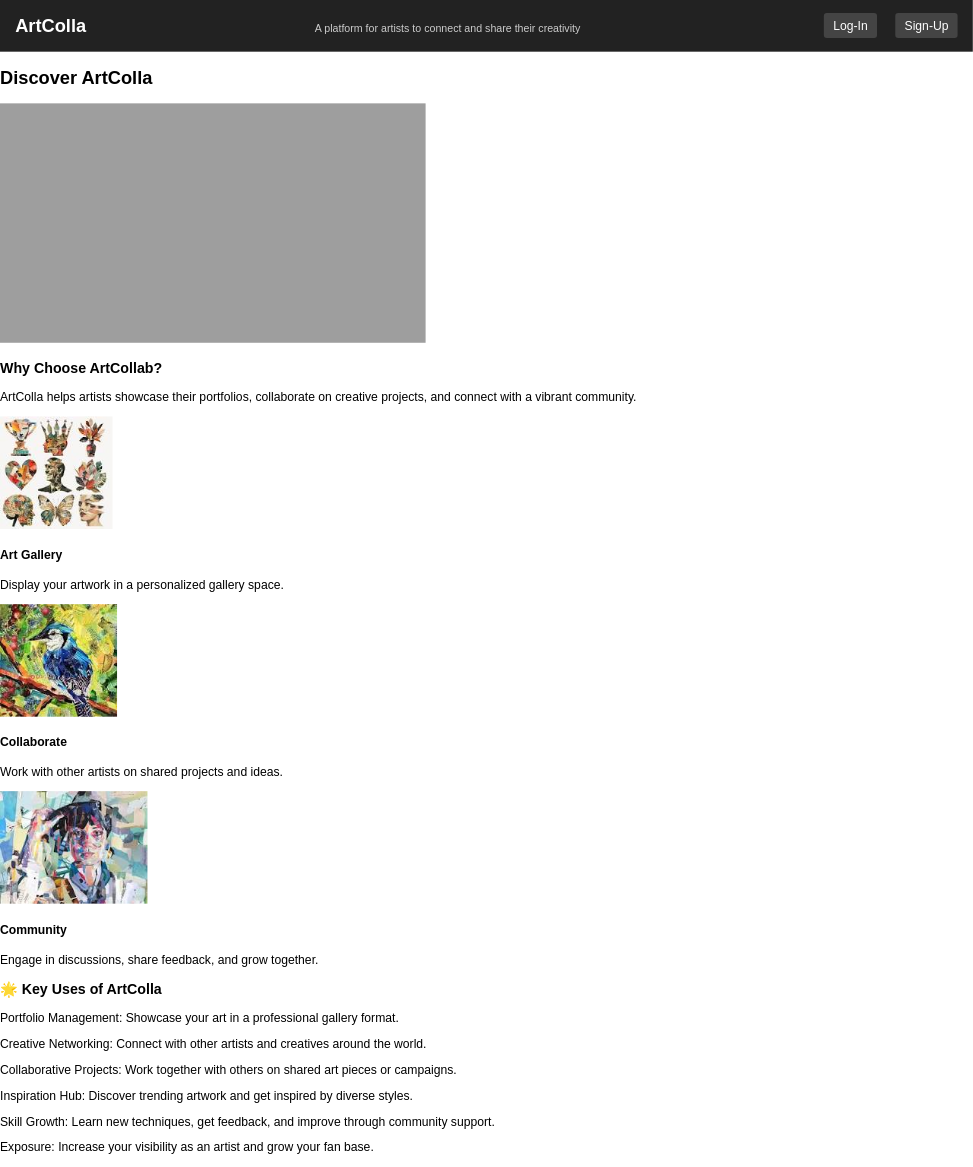
Repository: jeevanReddyP/ArtCollab_App
Page: index.html
An editor plug-in stored every save of this project. The page is shown before and after a run of saves, followed by the edit.
The browser window is 1280 px wide. The pictures show the whole page, at 76% of full size.
Pictures or frames that could not be fetched are drawn as grey boxes.

Above is the page before, as saved 2025-06-11 16:39:43.

After the next 2 saves:
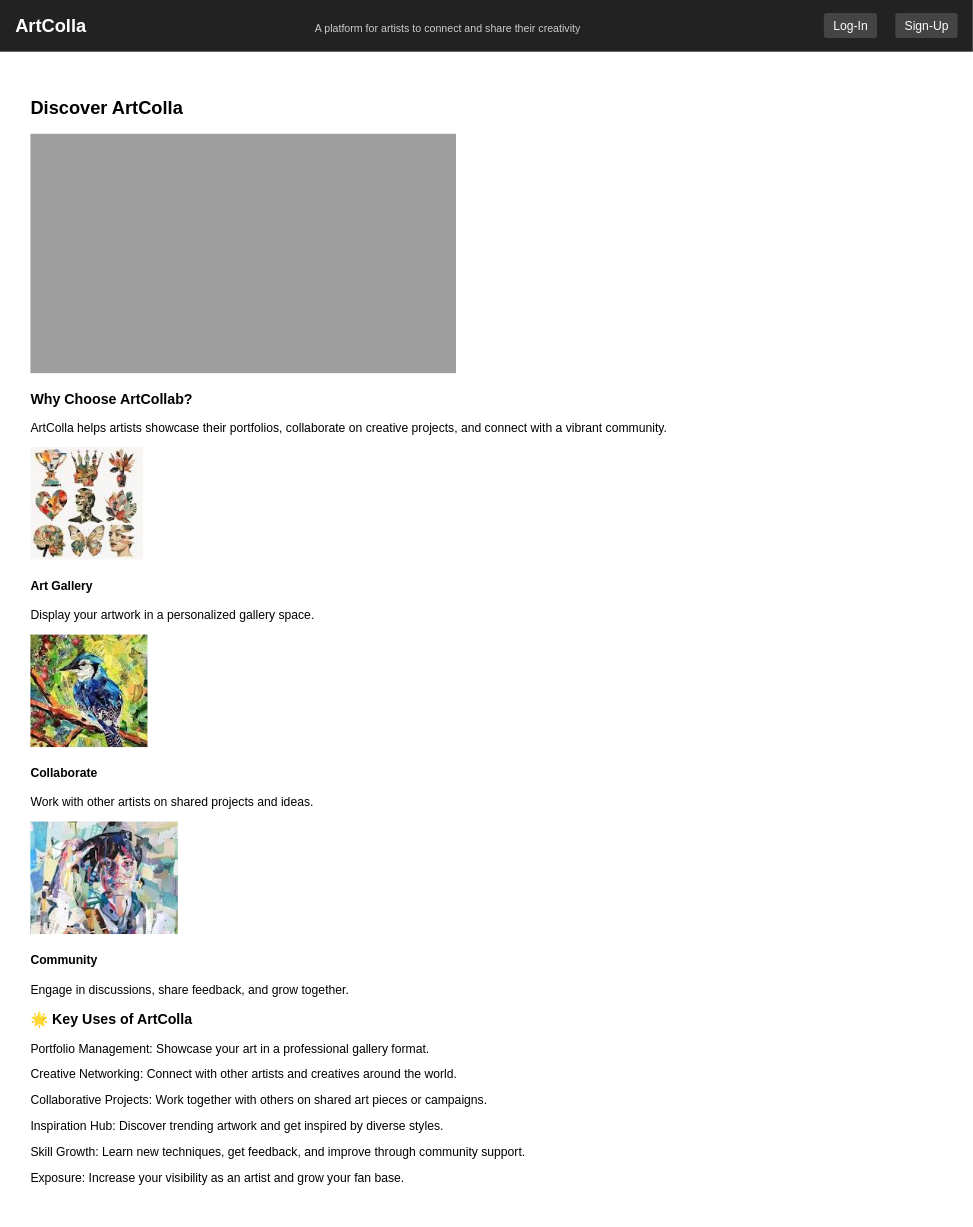
The 2 saves are shown as one change because they came seconds apart.
The last was saved 43 s later.
--- a/index.css
+++ b/index.css
@@ -33,5 +33,5 @@ transition: backgroun-color 0.3s;
   background-color: #666;
 }
 #home-page{
-
+    padding: 40px;
 }
